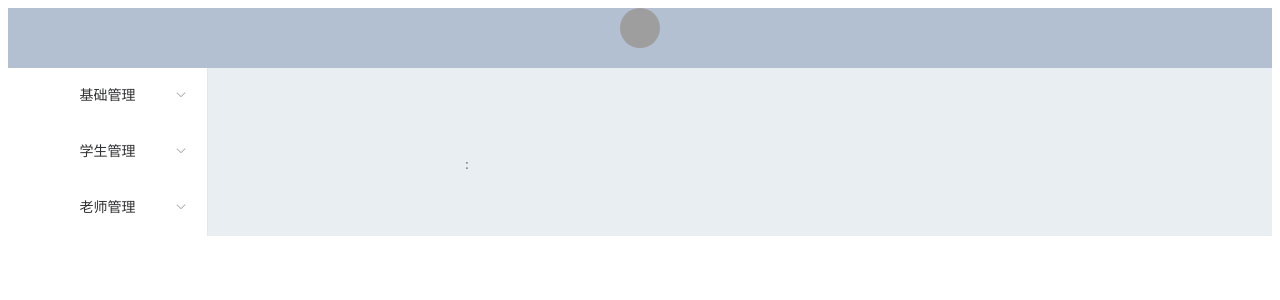
Repository: lwm9704/school-front
Page: /#/home
The author's editor kept a copy of each file at every save. The page is drawn from the files as they stood at one save, then again after the next save.
The browser window is 1280 px wide. The pictures show the whole page.
Pictures or frames that could not be fetched are drawn as grey boxes. The project was rebuilt for these pictures with package versions that can differ from the ones it lists, and the page was loaded fresh each time. Also part of the build but not shown: src/view/login.vue.

Above is the page before, as saved 2021-11-15 15:20:10.

After the next save:
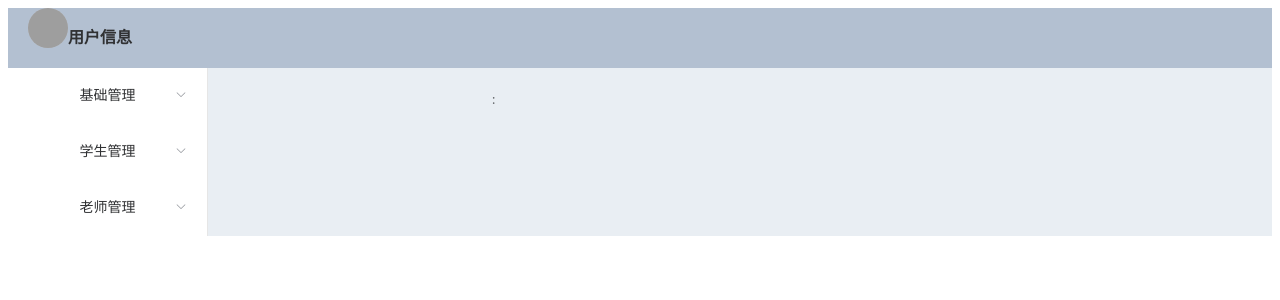
Saved 8 min 14 s later.
--- a/src/components/myHeader.vue
+++ b/src/components/myHeader.vue
@@ -41,7 +41,8 @@ export default {
 };
 </script>
 <style lang="scss" scoped>
-.avaver {
-    display: block;
+.userInfo {
+    display: flex;
+    flex-direction: row;
 }
 </style>
